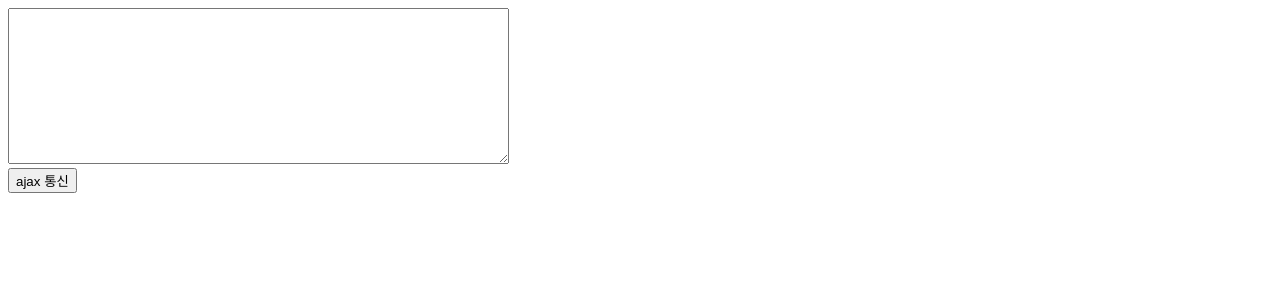
Repository: yuchulPark/day0320
Page: http://localhost/goodsTest2/ex1.jsp
The author's editor kept a copy of each file at every save. The page is drawn from the files as they stood at one save, then again after the next save.
The browser window is 1280 px wide. The pictures show the whole page.
The page is served by Tomcat 9.

Above is the page before, as saved 2020-03-16 13:07:28.

After the next save:
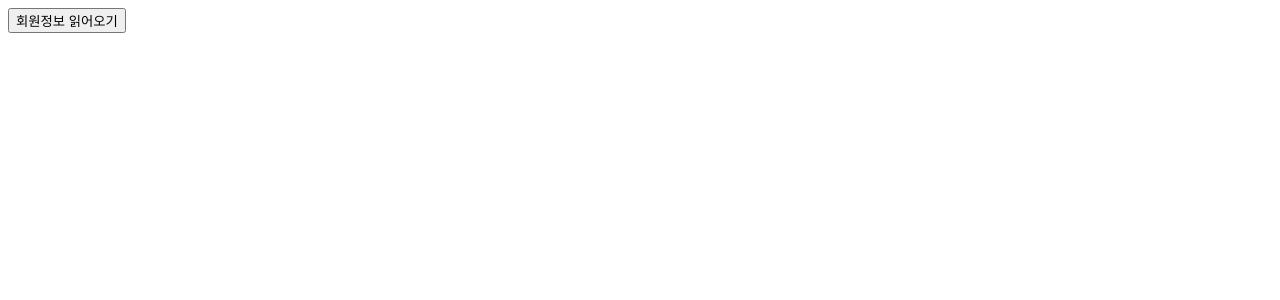
Saved 3 min 8 s later.
--- a/goodsTest2/WebContent/ex1.jsp
+++ b/goodsTest2/WebContent/ex1.jsp
@@ -7,8 +7,11 @@
 	<script type="text/javascript">
 		$(function(){
 			$("#btn").click(function(){
-				$.ajax("hello.jsp", {success:function(data){ // 요청할 url, 객체(변수 이름은 마음대로)
-					$("#msg").html(data)
+				$.ajax("member.jsp", {success:function(data){
+					var member = eval("("+data+")"); // 객체로 만드는 과정
+					var h2 = $("<h2></h2>").html(member.name)
+					var p = $("<p></p>").html(member.age)
+					$("#result").append(h2, p)
 				}})
 			})
 		})
@@ -17,9 +20,7 @@
 <title>Insert title here</title>
 </head>
 <body>
-	<textarea rows="10" cols="60"></textarea>
-	<br>
-	<button id="btn">ajax 통신</button>
-	<h2 id="msg"></h2>
+	<div id="result"></div>
+	<button id="btn">회원정보 읽어오기</button>
 </body>
 </html>
